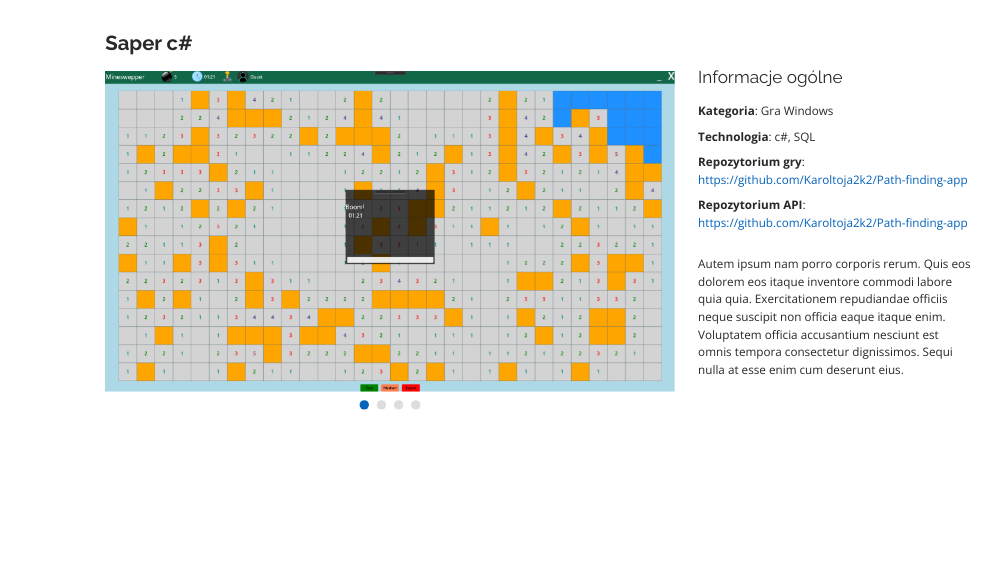
Repository: Karoltoja2k2/MyResume
Page: mineswepperC#-details.html
An editor plug-in stored every save of this project. The page is shown before and after a run of saves, followed by the edit.
The browser window is 1280 px wide. The pictures show the whole page, at 78% of full size.
Pictures or frames that could not be fetched are drawn as grey boxes.

Above is the page before, as saved 2020-06-21 14:45:14.

After the next 2 saves:
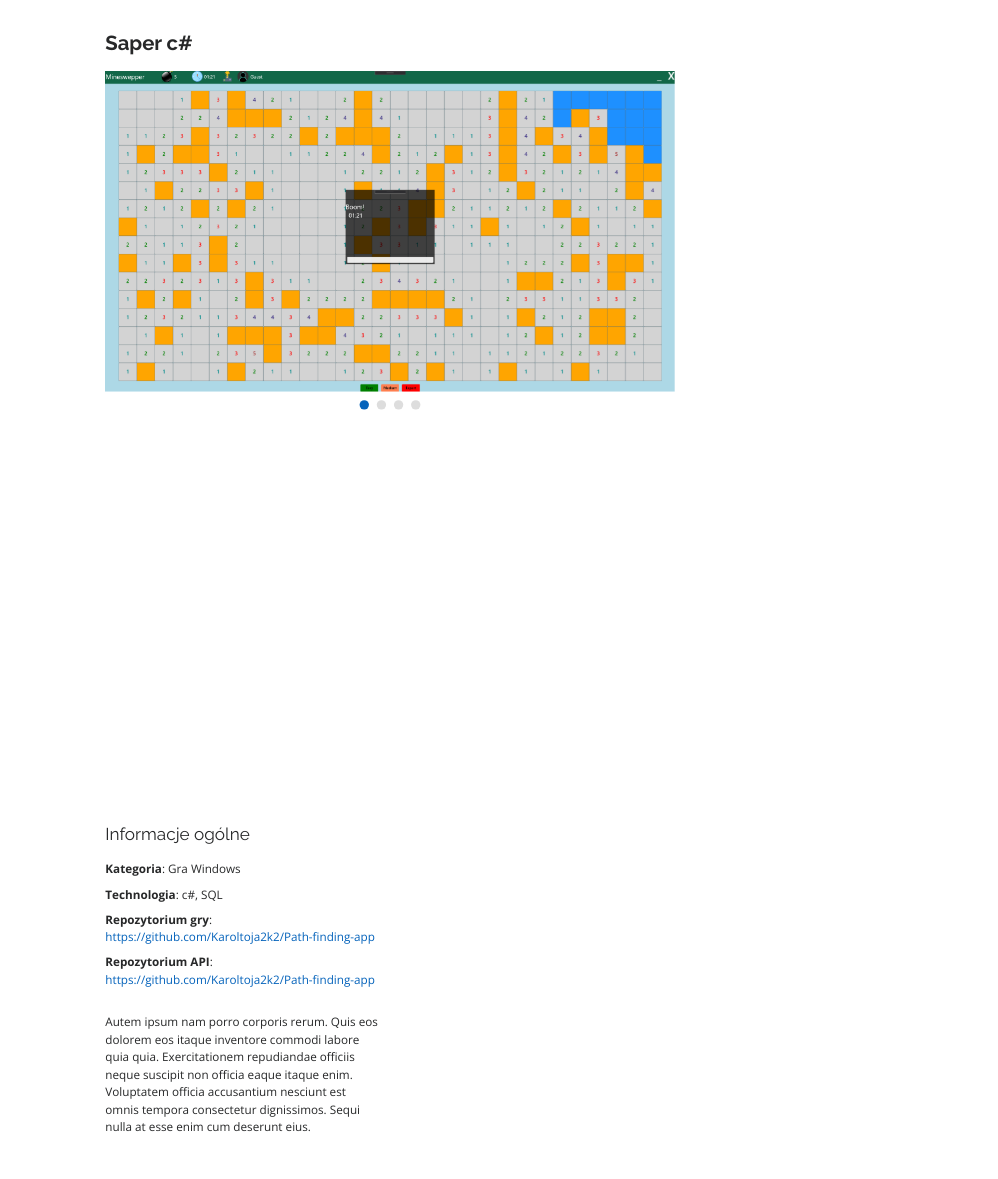
The 2 saves are shown as one change because they came seconds apart.
The last was saved 35 s later.
--- a/mineswepperC#-details.html
+++ b/mineswepperC#-details.html
@@ -55,7 +55,7 @@
               <iframe src="https://www.youtube.com/embed/YZn0eAxsK10" style="position: relative; width: 100%; height: 400px;" frameborder="0" allow="accelerometer; autoplay; encrypted-media; gyroscope; picture-in-picture" allowfullscreen></iframe>
             </div>
           </div>
-
+          <iframe width="853" height="480" src="" frameborder="0" allow="accelerometer; autoplay; encrypted-media; gyroscope; picture-in-picture" allowfullscreen></iframe>
           <div class="col-lg-4 portfolio-info">
             <h3>Informacje ogólne</h3>
             <ul>
